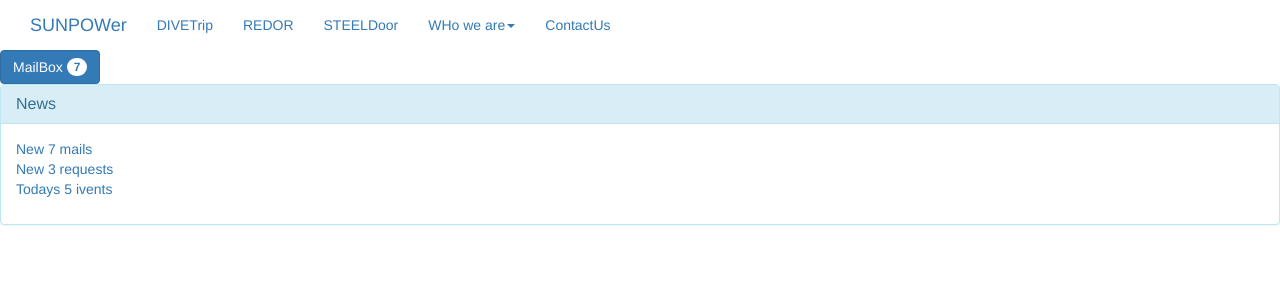
Repository: yoshi0219/kadai-tasks-lesson12
Page: index.html
The author's editor kept a record of every edit. The page is drawn from the files as they stood at one moment, then again after the next edit.
The browser window is 1280 px wide. The pictures show the whole page.

Above is the page before.

After the next edit:
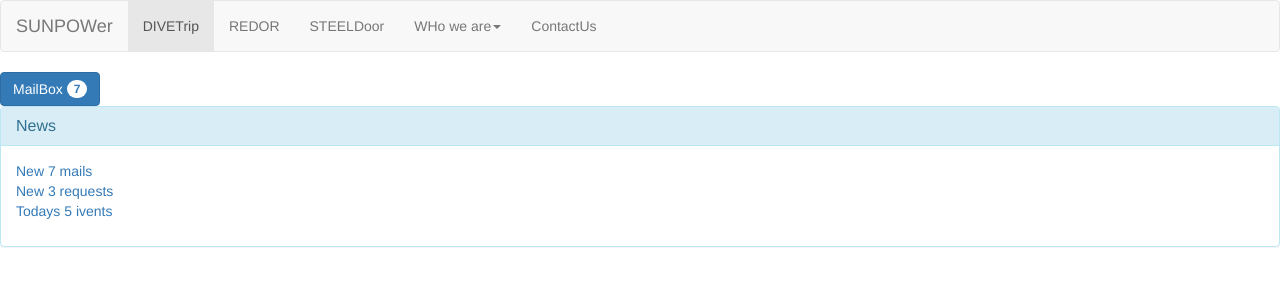
The edit:
--- a/index.html
+++ b/index.html
@@ -26,7 +26,7 @@
   </head>
   <body>
 
- <nav "navbar navber-inverse">
+ <nav class="navbar navbar-default">
       <div class="container-fluid">
 
         <div class="navbar-header">
